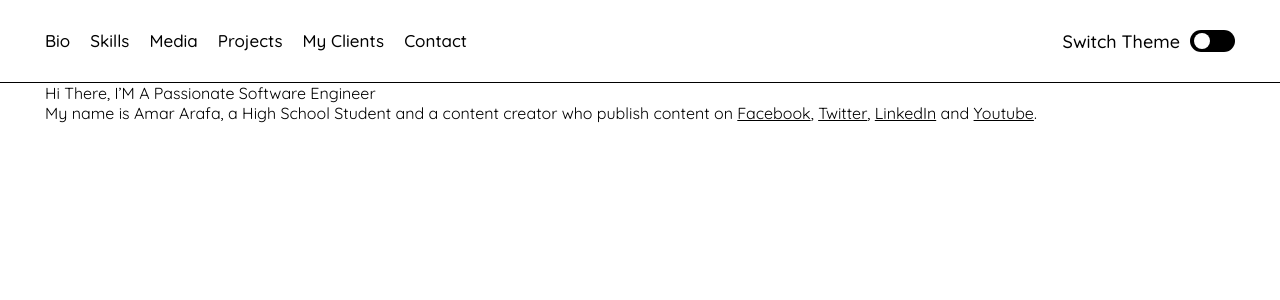
Repository: benarafa1/personal-website
Page: index.html
These files come from the project's save history. The page is drawn as it stood at one moment and after the next save; the edit follows.
The browser window is 1280 px wide. The pictures show the whole page.

Above is the page before, as saved 2025-04-12 05:47:47.

After the next save:
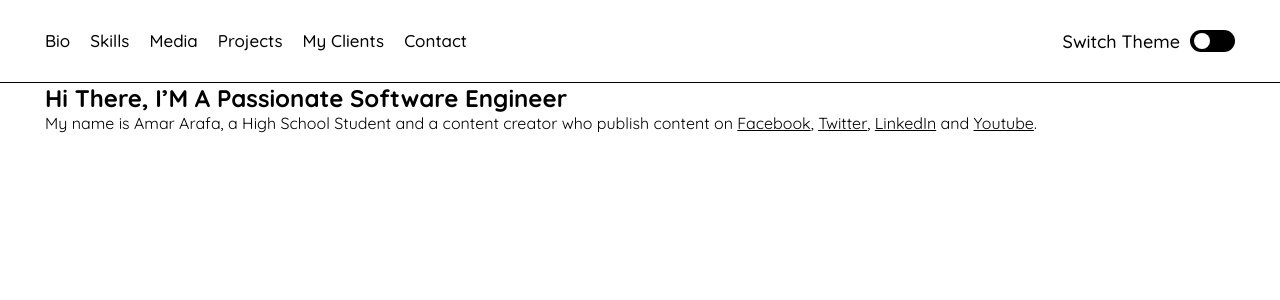
Saved 42 s later.
--- a/style.css
+++ b/style.css
@@ -41,7 +41,7 @@
   box-sizing: border-box;
   margin: 0;
   padding: 0;
-  font: inherit;
+  /* font: inherit; */
 }
 
 a {

After the save that followed:
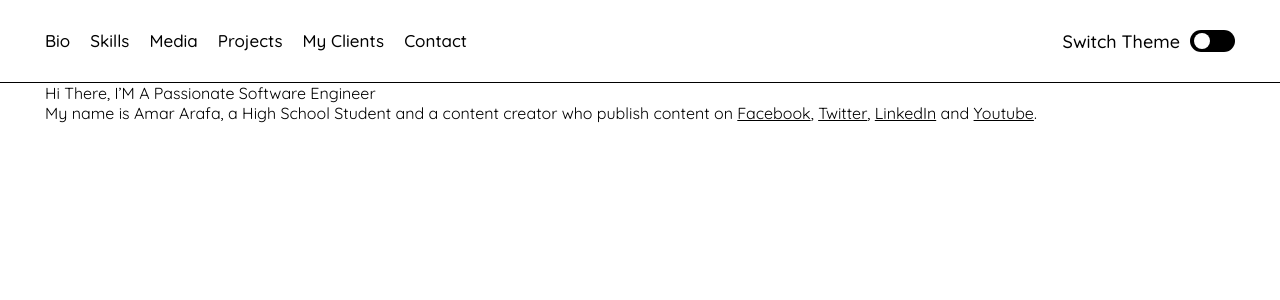
Saved 5 s later.
--- a/style.css
+++ b/style.css
@@ -41,7 +41,7 @@
   box-sizing: border-box;
   margin: 0;
   padding: 0;
-  /* font: inherit; */
+  font: inherit;
 }
 
 a {
